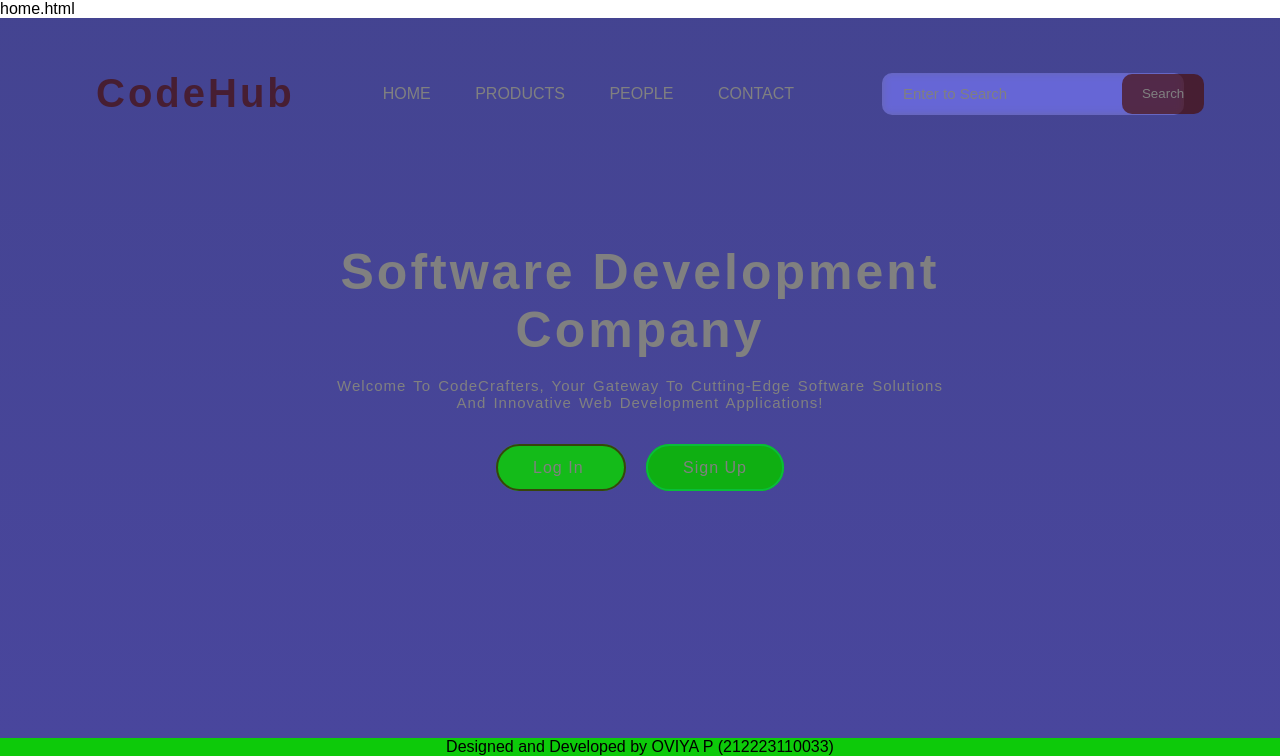
Repository: Oviya24032K6/softweb
Page: oviya/softapp/static/home.html
These files come from the project's save history. The page is drawn as it stood at one moment and after the next save; the edit follows.
The browser window is 1280 px wide. The pictures show the whole page.

Above is the page before, as saved 2024-04-23 11:31:49.

### oviya/softapp/static/home.html
home.html

<html>
    <head>
        <meta name="viewport" content="width=device-width, initial-scale=1.0">
        <title> Software Development Company </title>
        <style type="text/css">
            * {
                margin: 0;
                padding: 0;
                font-family: Arial, Helvetica, sans-serif;
            }
            .banner {
                width: 100%;
                height: 100vh;
                background-image: linear-gradient(rgba(5, 5, 108, 0.75),rgba(12, 8, 124, 0.75));
                background-size: cover;
                background-position: center;
            }
            .navbar {
                width: 85%;
                margin: auto;
                padding: 35px 0;
                display: flex;
                align-items: center;
                justify-content: space-between;
            }
            .logo {
                color:#490c05ac;
                font-size: 40px;
                font-weight: 700;
                letter-spacing: 3px;
            }
            span {
                color: gray;
            }
            form {
                width: 300px;
                height: 40px;
                display: flex;
                background: rgba(255, 255, 255, 0.2);
                padding: 1px 1px;
                font-size: 15px;
                border-radius: 10px;
                backdrop-filter: blur(4px) saturate(180%);
            }
            form input {
                background: transparent;
                flex: 1;
                border: 0;
                outline: none;
                padding: 12px 20px;
                font-size: 15px;
                color: gray;
            }
            ::placeholder {
                color: gray;
            }
            form button {
                border: 0;
                outline: none;
                padding: 5px 20px;
                color: gray;
                border-radius: 10px;
                background:#490c05ac;
                cursor: pointer;
            }
            .navbar li {
                list-style: none;
                display: inline-block;
                margin: 0 20px;
                position: relative;
            }
            .navbar li a {
                text-decoration: none;
                color: gray;
                text-transform: uppercase;
            }
            .navbar li:hover {
                border: 1px;
                padding: 10px;
                color: gray;
                background-color:#490c05ac;
                transition: 0.5s;
                cursor: pointer;
                border-radius: 30px;
            }
            .content {
                position: absolute;
                top: 50%;
                left: 50%;
                transform: translate(-50%,-50%);
                text-align: center;
            }
            .text h2 {
                color: gray;
                font-weight: 800;
                font-size: 50px;
                letter-spacing: 3px;
            }
            .text p {
                color: gray;
                text-transform: capitalize;
                font-size: 15px;
                margin-bottom: 30px;
                word-spacing: 2px;
                letter-spacing: 1px;
            }
            .login {
                margin: 0px 10px;
                border: 2px solid#490c05ac;
                padding: 13px 35px;
                letter-spacing: 1px;
                color: gray;
                border-radius: 30px;
                background-color:#14bb19;
                text-decoration: none;
            }
            .login:hover {
                border: 2px solid#12af31;
                color:#0db118;
                background-color: gray;
                transition: 0.5s;
                cursor: pointer;
            }
            .signup {
                margin: 0px 10px;
                border: 2px solid#09be39;
                padding: 13px 35px;
                letter-spacing: 1px;
                color: gray;
                border-radius: 30px;
                background-color:#0faf12;
                text-decoration: none;
            }
            .signup:hover {
                border: 2px solid#0dc040;
                color:#0f9d26;
                background-color: gray;
                transition: 0.5s;
                cursor: pointer;
            }
            footer {
                background-color:#0dca0a;
                margin-top: auto;
            }
        </style>
    </head>
<body>
    <div class="banner">
        <br>
        <div class="navbar">
            <h1 class="logo">CodeHub</h1>
            <ul>
                <li><a href="http://127.0.0.1:8000/static/home.html"> Home </a></li>
                <li><a href="http://127.0.0.1:8000/static/product.html"> Products </a></li>
                <li><a href="http://127.0.0.1:8000/static/people.html"> People </a></li>
                <li><a href="http://127.0.0.1:8000/static/contact.html"> Contact </a></li>
            </ul>
            <form action="" method="get">
                <input type="text" placeholder="Enter to Search">
                <button type="submit"> Search </button>
            </form>
        </div>
        <div class="content">
            <div class="text">
                <h2> Software Development Company </h2>
                <br>
                <p> Welcome to CodeCrafters, your gateway to cutting-edge software solutions and innovative web development applications! </p>
                <br>
                <div>
                    <a href="#" class="login"> Log In </a>
                    <a href="#" class="signup"> Sign Up </a>
                </div>
            </div>
        </div>
    </div>
    <footer>
        <center> Designed and Developed by OVIYA P (212223110033) </center>
    </footer>
</body>
</html>

After the next save:
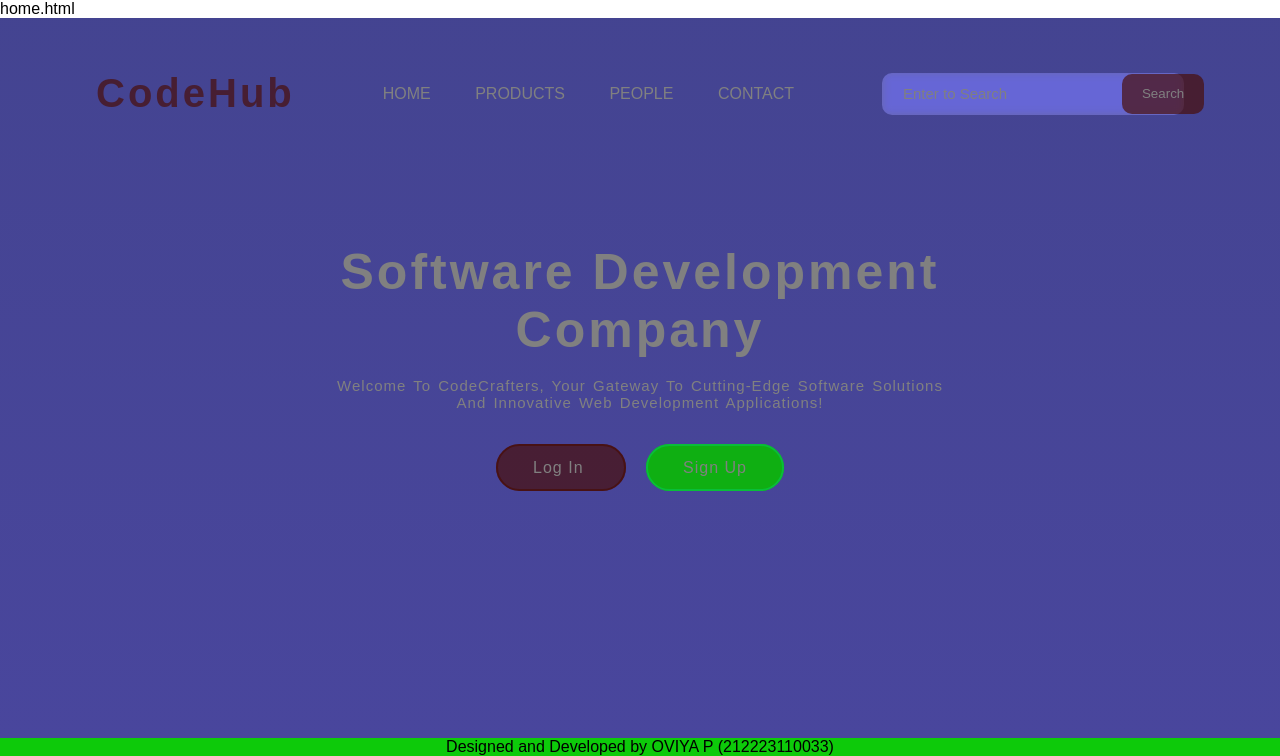
Saved 6 s later.
--- a/oviya/softapp/static/home.html
+++ b/oviya/softapp/static/home.html
@@ -113,7 +113,7 @@ home.html
                 letter-spacing: 1px;
                 color: gray;
                 border-radius: 30px;
-                background-color:#14bb19;
+                background-color:#490c05ac;
                 text-decoration: none;
             }
             .login:hover {
